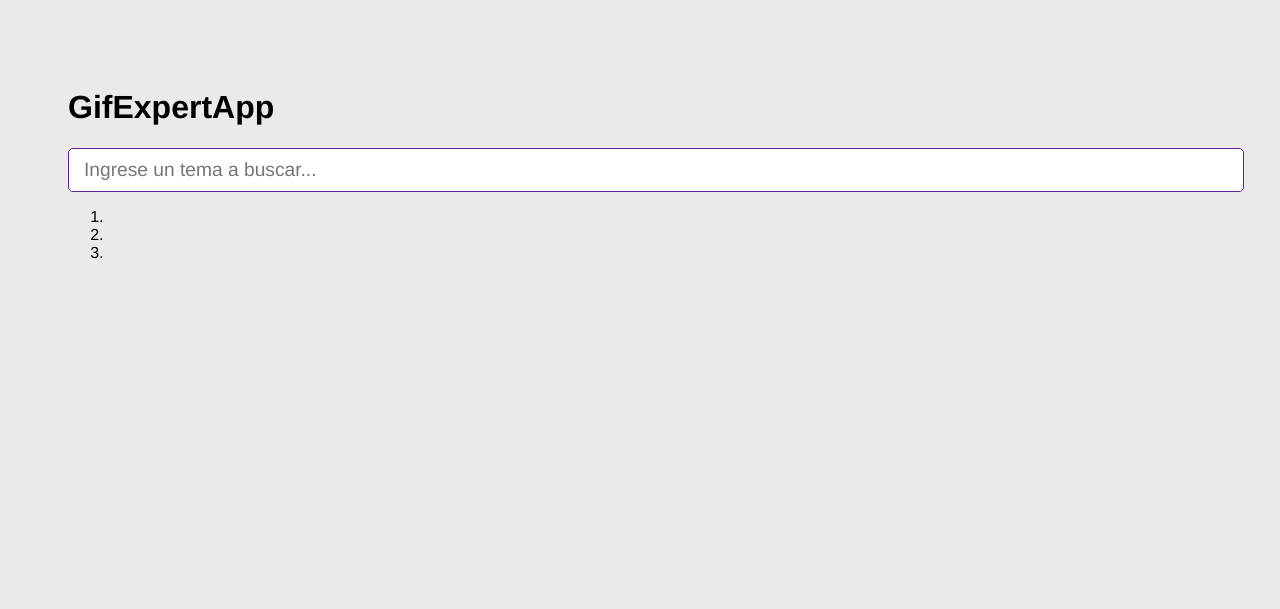
Repository: AlanColliDev/CursoReact
Page: /
An editor plug-in stored every save of this project. The page is shown before and after a run of saves, followed by the edit.
The browser window is 1280 px wide. The pictures show the whole page.
The project was rebuilt for these pictures with package versions that can differ from the ones it lists, and the page was loaded fresh each time. Also part of the build but not shown: vite.config.js.

Above is the page before, as saved 2022-07-12 01:05:25.

After the next 2 saves:
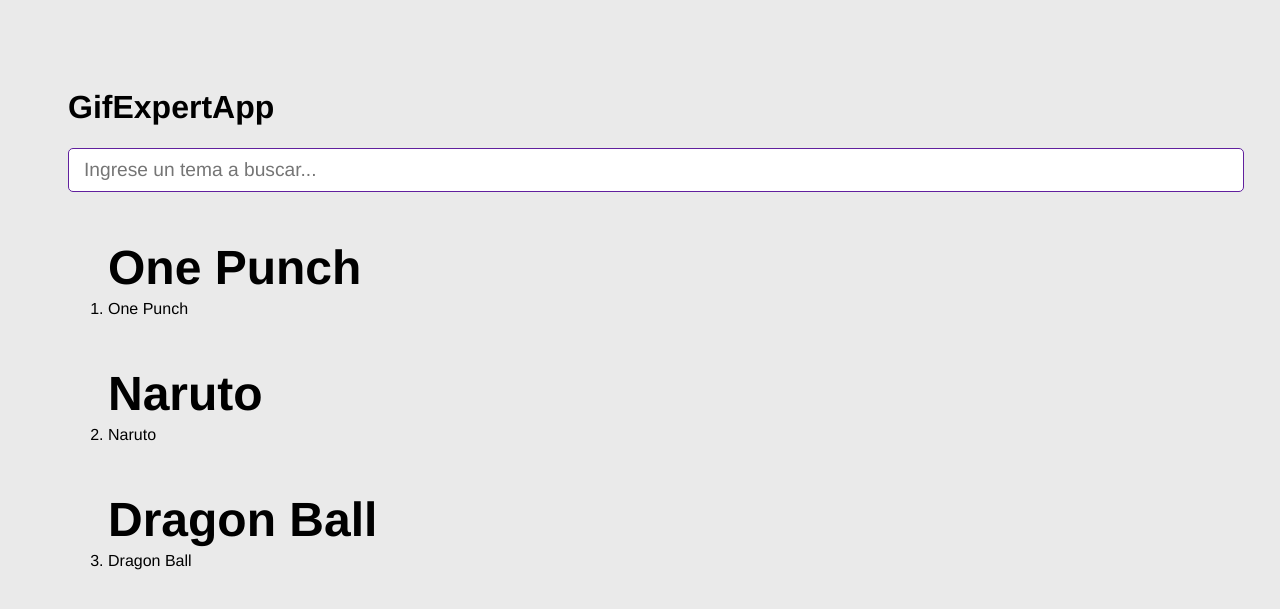
The 2 saves are shown as one change because they came seconds apart.
The last was saved 34 s later.
--- a/src/GifExpertApp.jsx
+++ b/src/GifExpertApp.jsx
@@ -26,7 +26,8 @@
          {categories.map( (item) => {
             return (
                <div key={item}>
-                  <li></li>
+                  <h3>{item}</h3>
+                  <li>{item}</li>
                </div>
             )
             // return <li key={item}>{item}</li>
